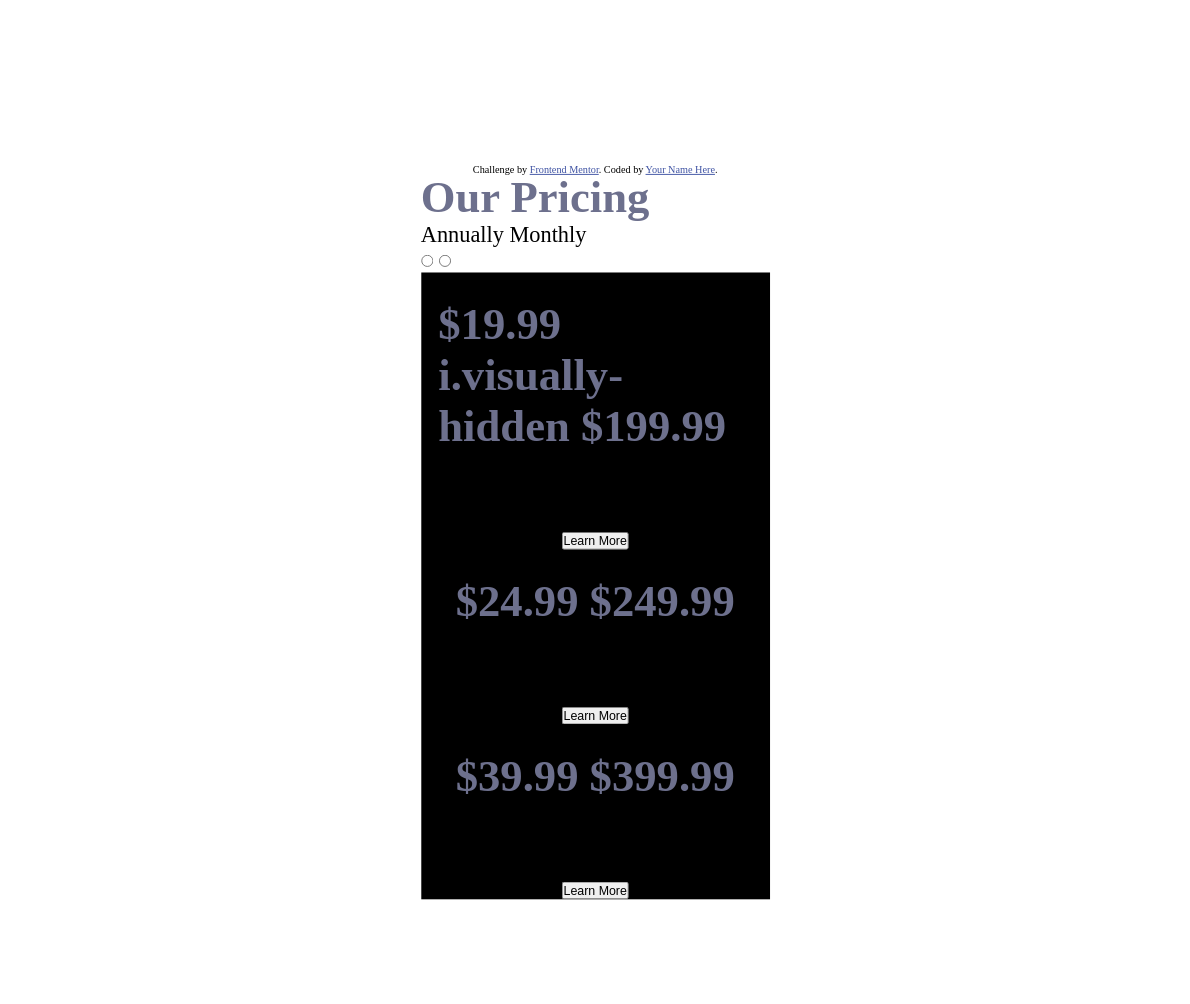
Repository: JuzzJoel/pricing-component-with-toggle-master
Page: index.html
The author's editor kept a copy of each file at every save. The page is drawn from the files as they stood at one save, then again after a run of saves.
The browser window is 1280 px wide. The pictures show the whole page, at 93% of full size.

Above is the page before, as saved 2025-05-24 08:13:08.

After the next 2 saves:
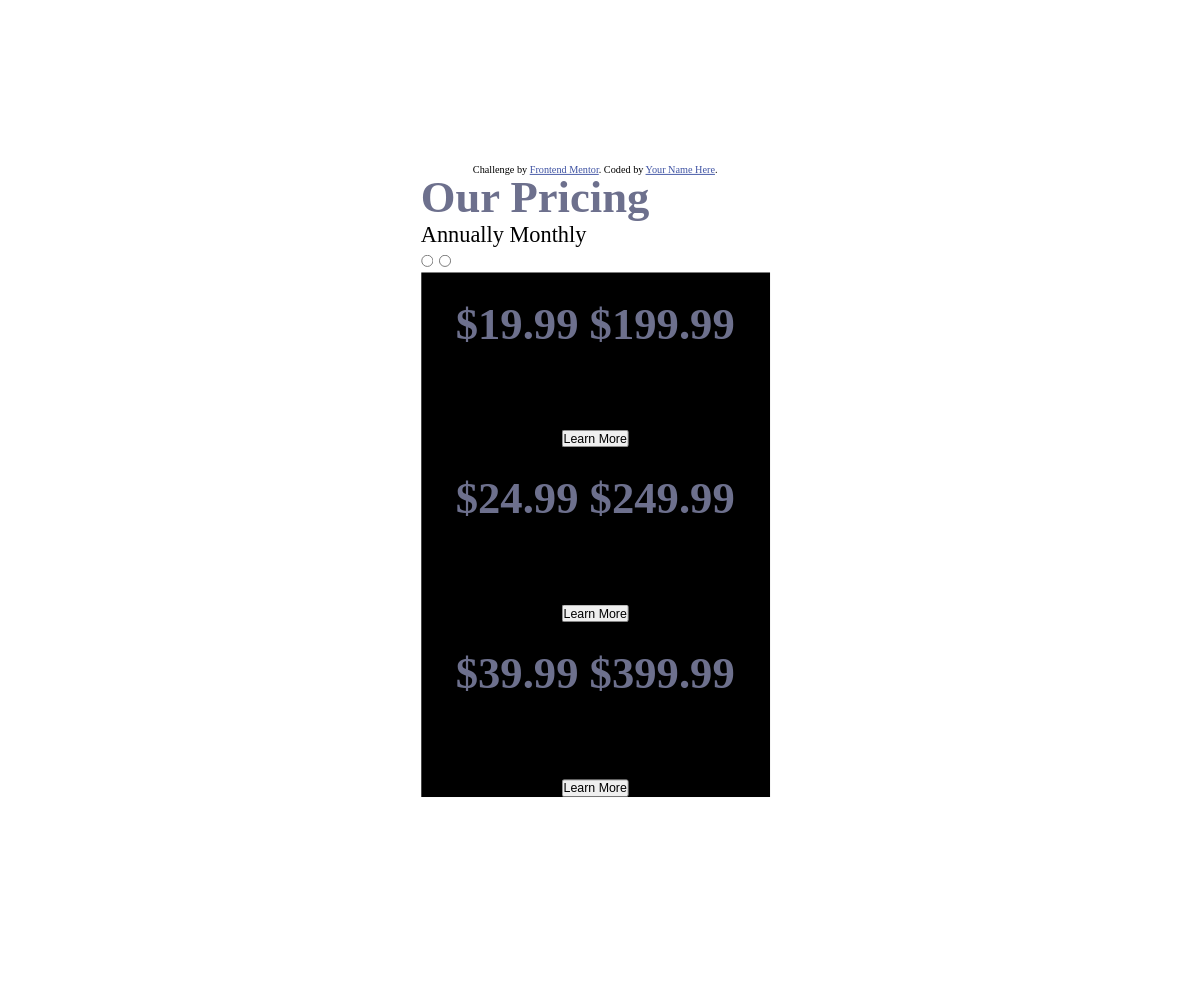
The 2 saves are shown as one change because they came seconds apart.
The last was saved 9 s later.
--- a/index.html
+++ b/index.html
@@ -150,7 +150,7 @@ font-size: 1.5rem;
 <div class="card">
             <div class="rows-head">Basic
          <h1>   &dollar;19.99
-           i.visually-hidden &dollar;199.99</h1>
+           <i class="visually-hidden"></i> &dollar;199.99</h1>
           </div>
             <div class="rows">500 GB Storage</div>
             <div class="rows">2 Users Allowed</div>
